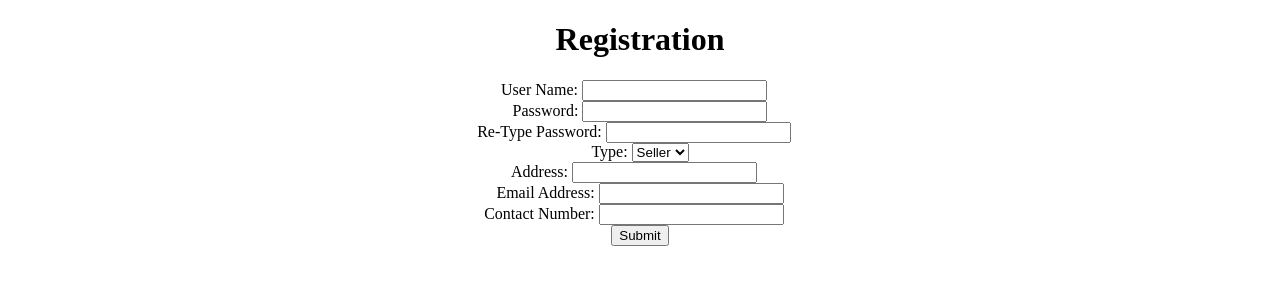
Repository: HariharanMiracle/CodeComplexity
Page: http://localhost/Paf_assignment/Register.jsp
An editor plug-in stored every save of this project. The page is shown before and after the next save, followed by the edit.
The browser window is 1280 px wide. The pictures show the whole page.
The page is served by Tomcat 9.

Above is the page before, as saved 2019-04-30 04:02:26.

After the next save:
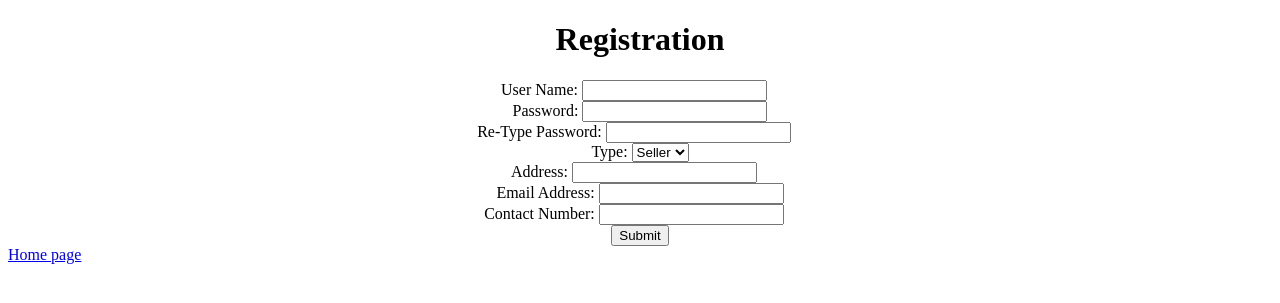
Saved 53 s later.
--- a/Paf_assignment/WebContent/Register.jsp
+++ b/Paf_assignment/WebContent/Register.jsp
@@ -27,6 +27,8 @@
 
 
 				</form>
+
+				<a href = "Homepage.jsp">Home page</a>
 
 	<script type="text/javascript">
 		function validate(){

After the save that followed:
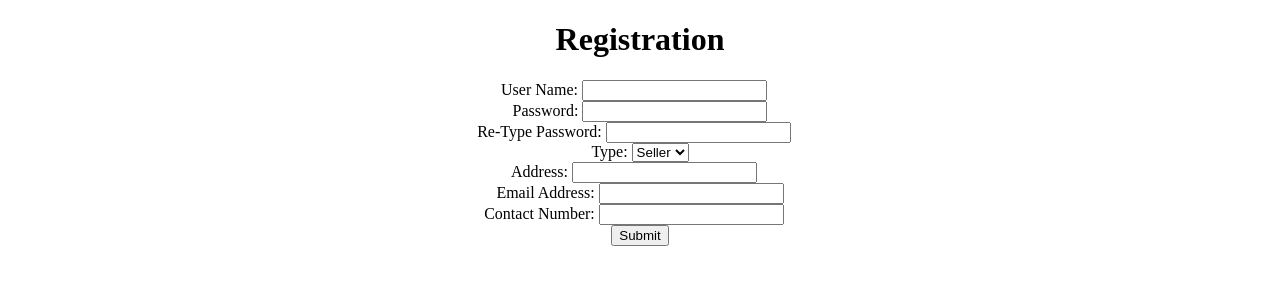
Saved 17 s later.
--- a/Paf_assignment/WebContent/Register.jsp
+++ b/Paf_assignment/WebContent/Register.jsp
@@ -28,7 +28,6 @@
 
 				</form>
 
-				<a href = "Homepage.jsp">Home page</a>
 
 	<script type="text/javascript">
 		function validate(){
